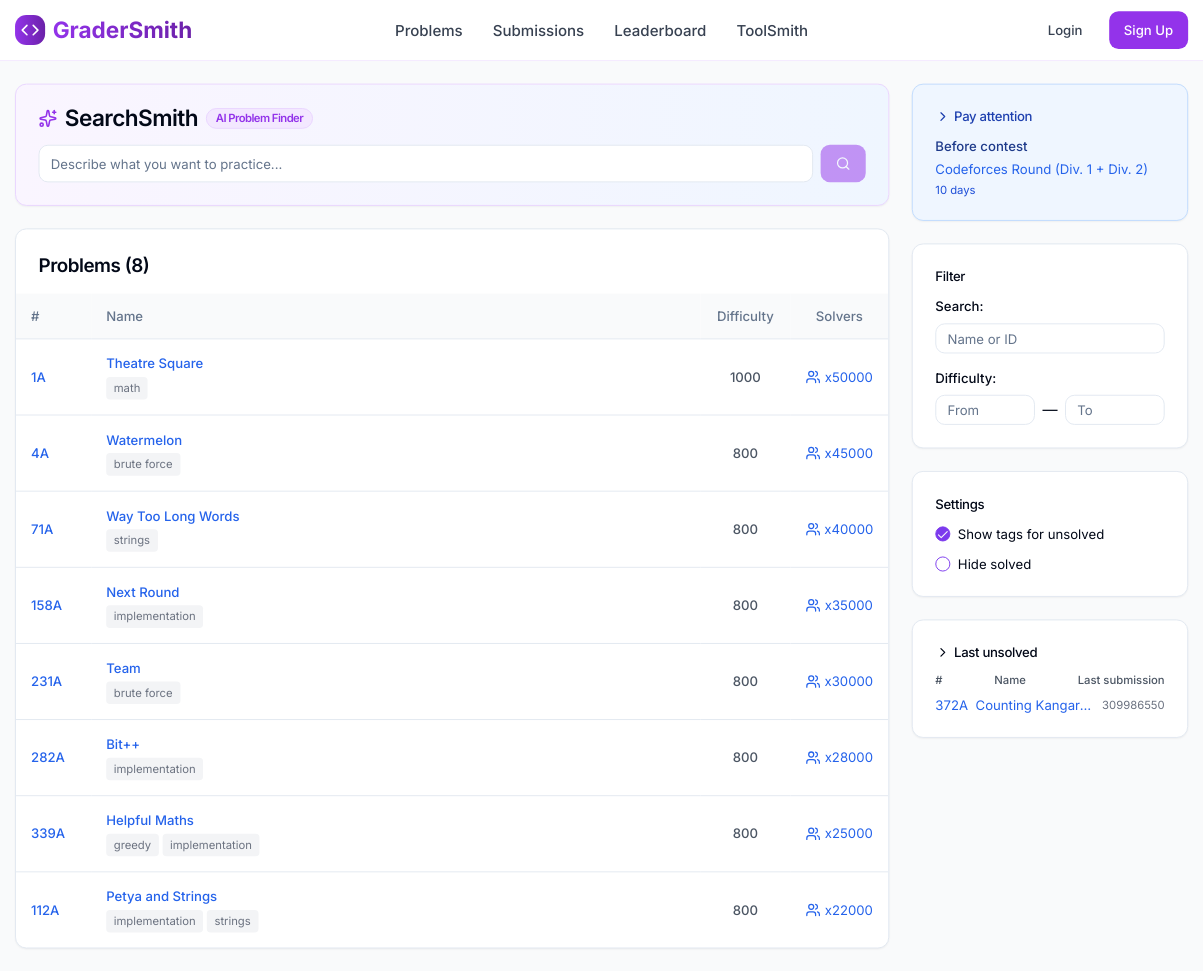
Repository: WOI-Core/TestSmith
Page: /problems
These files come from the project's save history. The page is drawn as it stood at one moment and after the next save; the edit follows.
The browser window is 1280 px wide. The pictures show the whole page, at 94% of full size.
The project was rebuilt for these pictures with package versions that can differ from the ones it lists, and the page was loaded fresh each time. The framework's server and built-in components were replaced by stand-ins that run in the browser. Also part of the build but not shown: next.config.mjs, components/ui/avatar.tsx, components/ui/dropdown-menu.tsx.

Above is the page before, as saved 2025-07-09 23:30:16.

After the next save:
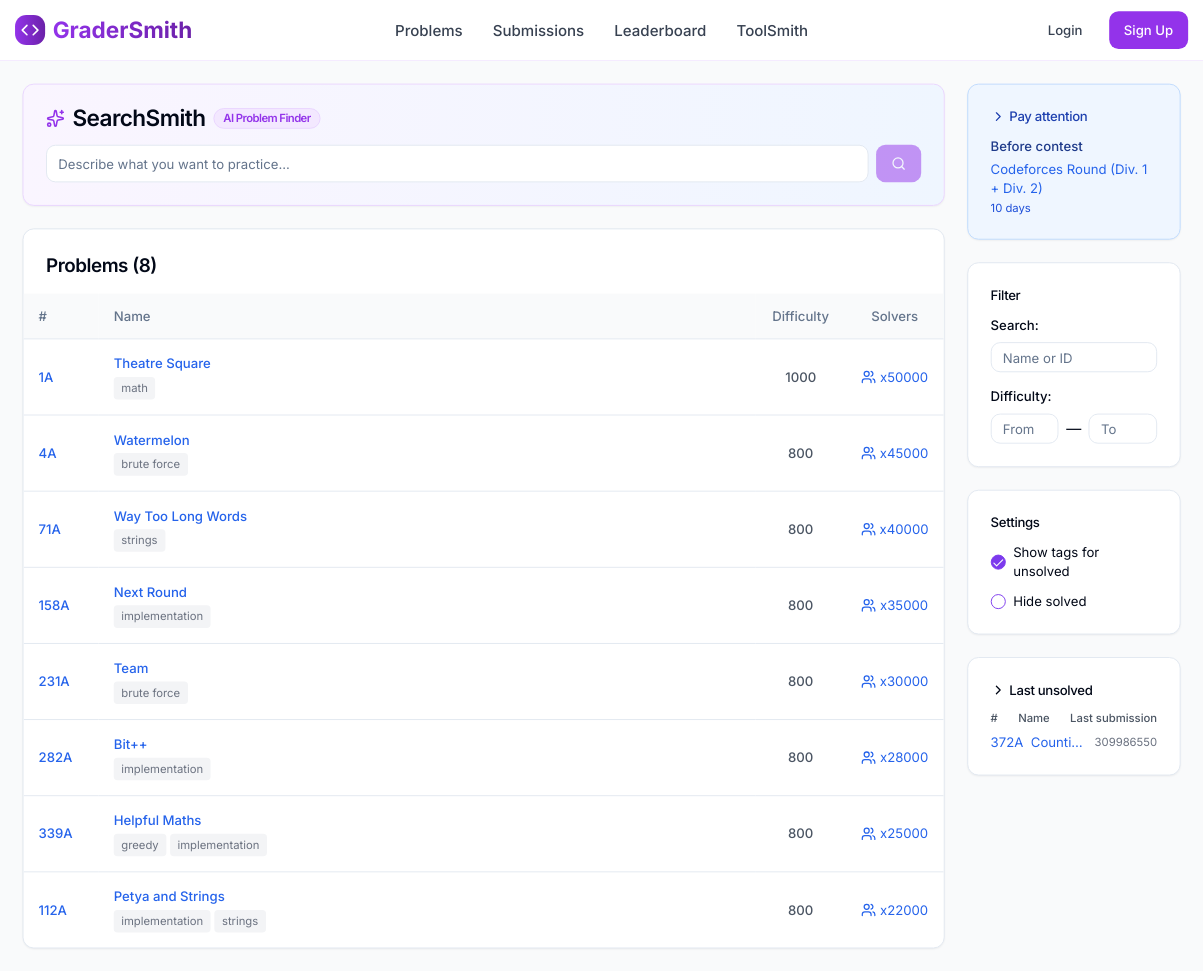
Saved 116 s later.
--- a/app/problems/page.tsx
+++ b/app/problems/page.tsx
@@ -129,11 +129,11 @@
   return (
     <div className="min-h-screen bg-gray-50">
       {/* Fixed: Added max-width and better centering */}
-      <div className="container mx-auto px-4 py-6 max-w-7xl">
+      <div className="w-full px-6 py-6">
         {/* Fixed: Changed to flexbox layout for better control */}
-        <div className="grid grid-cols-1 lg:grid-cols-4 gap-6">
+        <div className="grid grid-cols-1 lg:grid-cols-5 gap-6">
           {/* Main content area - Fixed width behavior */}
-          <div className="lg:col-span-3">
+          <div className="lg:col-span-4">
             {/* AI Search Card */}
             <Card className="shadow-sm mb-6 border-purple-200 bg-gradient-to-r from-purple-50 to-blue-50">
               <CardHeader className="pb-4">
@@ -259,7 +259,7 @@
           </div>
 
           {/* Sidebar - Fixed width */}
-          <div className="space-y-6">
+          <div className="lg:col-span-1 space-y-6">
             {/* Contest Alert */}
             <Card className="border-blue-200 bg-blue-50">
               <CardHeader className="pb-3">
